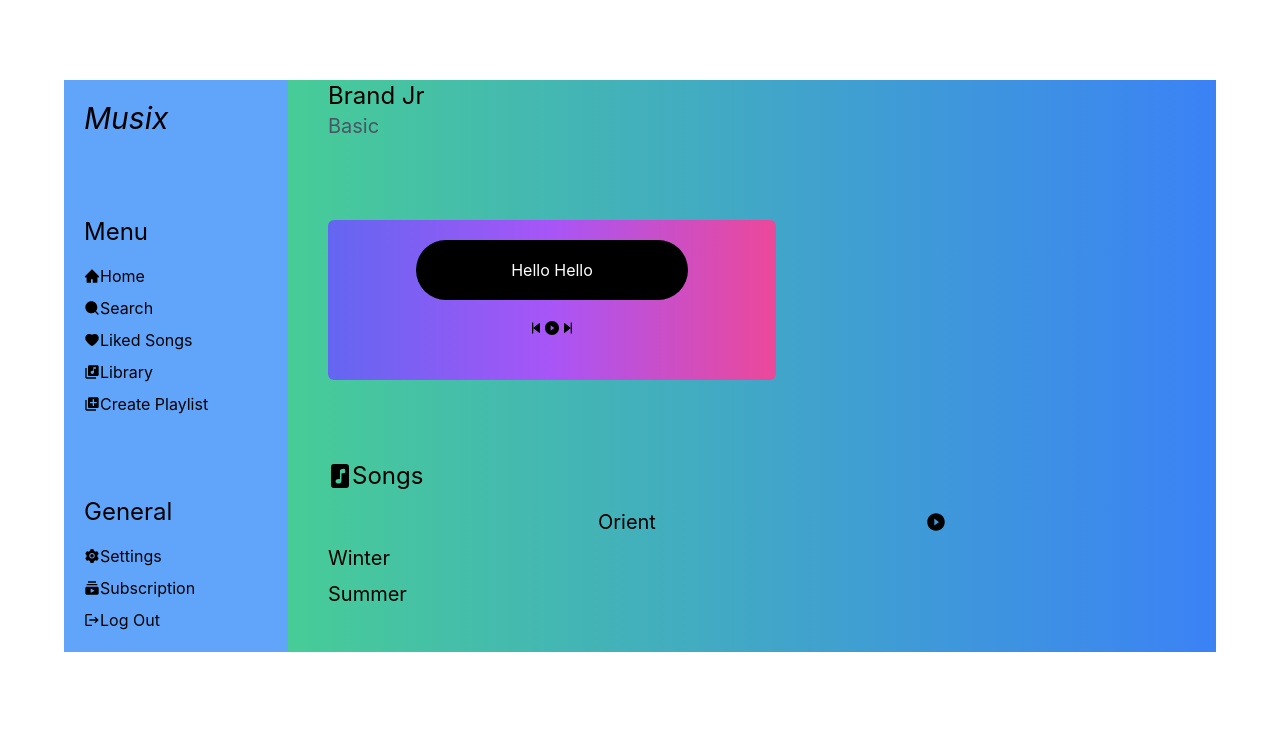
Repository: brandford7/music-player
Page: /
These files come from the project's save history. The page is drawn as it stood at one moment and after a run of saves; the edit follows.
The browser window is 1280 px wide. The pictures show the whole page.
The project was rebuilt for these pictures with package versions that can differ from the ones it lists, and the page was loaded fresh each time. The framework's server and built-in components were replaced by stand-ins that run in the browser. Also part of the build but not shown: next.config.js.

Above is the page before, as saved 2022-11-18 13:00:55.

### pages/index.js
import Head from "next/head";
import Image from "next/image";
import { MusicCard, Sidebar, SongList, UserAvatar } from "../components";

export default function Home() {
  return (
    <div className="flex mx-auto max-w-6xl my-20 space-x-10 bg-gradient-to-r from-green-400 to-blue-500">
      <Head>
        <title>Music Player</title>
        <meta name="description" content="Generated by create next app" />
        <link rel="icon" href="/favicon.ico" />
      </Head>
      <aside>
        <Sidebar />
      </aside>
      <main className="flex flex-col flex-1 space-y-20">
        <UserAvatar name="Brand Jr" subscription="Basic" />
        <MusicCard title="Hello Hello" />
        <SongList />
      </main>
    </div>
  );
}

### styles/globals.css
@tailwind base;
@tailwind components;
@tailwind utilities;



html,
body {
  padding: 0;
  margin: 0;
  font-family: -apple-system, BlinkMacSystemFont, Segoe UI, Roboto, Oxygen,
    Ubuntu, Cantarell, Fira Sans, Droid Sans, Helvetica Neue, sans-serif;
}

a {
  color: inherit;
  text-decoration: none;
}

* {
  box-sizing: border-box;
}

@media (prefers-color-scheme: dark) {
  html {
    color-scheme: dark;
  }
  body {
    color: white;
    background: black;
  }
}

### components/index.js
export { default as Sidebar } from './Sidebar';
export { default as UserAvatar } from './UserAvatar';
export { default as MusicCard } from './MusicCard';
export { default as MusicButton } from './MusicButton';
export { default as SongList } from './SongList';

### components/Sidebar.jsx
import React from "react";
import { AiFillHome, AiFillHeart, AiFillSetting } from "react-icons/ai";
import {
  MdLibraryMusic,
  MdLibraryAdd,
  MdLogout,
  MdSubscriptions,
} from "react-icons/md";
import { RiSearchFill } from "react-icons/ri";

const Sidebar = () => {
  return (
    <div className="flex flex-col space-y-20 bg-blue-400 p-5  w-56">
      <section>
        <h1 className="text-3xl italic">Musix</h1>
      </section>
      <section>
        <h2 className="mb-4 text-2xl">Menu</h2>
        <ul className="space-y-2">
          <li className="flex items-center ">
            <AiFillHome />
            Home
          </li>
          <li className="flex items-center ">
            <RiSearchFill />
            Search
          </li>
          <li className="flex items-center ">
            <AiFillHeart />
            Liked Songs
          </li>
          <li className="flex items-center ">
            <MdLibraryMusic />
            Library
          </li>
          <li className="flex items-center ">
            <MdLibraryAdd />
            Create Playlist
          </li>
        </ul>
      </section>
      <section>
        <h2 className="mb-4 text-2xl">General</h2>
        <ul className="space-y-2">
          <li className="flex items-center ">
            <AiFillSetting />
            Settings
          </li>
          <li className="flex items-center ">
            <MdSubscriptions />
            Subscription
          </li>
          <li className="flex items-center ">
            <MdLogout />
            Log Out
          </li>
        </ul>
      </section>
    </div>
  );
};

export default Sidebar;

### components/UserAvatar.jsx
import React from "react";

const UserAvatar = ({ image, name, subscription }) => {
  return (
    <div className="flex flex-col">
      <img src={image} alt="" />
      <h2 className="text-2xl">{name}</h2>
      <p className="text-gray-600 text-xl"> {subscription}</p>
    </div>
  );
};

export default UserAvatar;

### components/MusicCard.jsx
import React from "react";
import MusicButton from "./MusicButton";
import {
  AiFillPlayCircle,
  AiFillStepBackward,
  AiFillStepForward,
} from "react-icons/ai";

const MusicCard = ({ title }) => {
  return (
    <div className=" flex flex-col items-center space-y-5 p-5 max-w-md rounded-md h-40 w-4/5 bg-gradient-to-r from-indigo-500 via-purple-500 to-pink-500">
      <section className="flex items-center justify-center rounded-full h-2/4 w-2/3 bg-black text-white">
        {title}
      </section>
      <section className="flex items-center justify-center">
        <MusicButton icon={<AiFillStepBackward />} />
        <MusicButton icon={<AiFillPlayCircle />} />
        <MusicButton icon={<AiFillStepForward />} />
      </section>
    </div>
  );
};

export default MusicCard;

### components/MusicButton.jsx
import React from 'react'

const MusicButton = ({icon}) => {
  return (
      <div>{icon}</div>
  )
}

export default MusicButton

### components/SongList.jsx
import React from "react";
import { BsFillFileMusicFill } from "react-icons/bs";
import { AiFillPlayCircle } from "react-icons/ai";
import MusicButton from "./MusicButton";

const SongList = () => {
  return (
    <div>
      <h1 className="flex items-center space-x-5 text-2xl mb-4">
        <BsFillFileMusicFill />
        Songs
      </h1>
      <section>
        <ul className="flex flex-col text-xl space-y-2">
          <li className="flex items-center justify-evenly ">
            Orient <MusicButton icon={<AiFillPlayCircle />} />
          </li>
          <li className="flex items-center ">Winter</li>
          <li className="flex items-center  ">Summer</li>
        </ul>
      </section>
    </div>
  );
};

export default SongList;

Loaded but not shown: pages/_app.js (common file); tailwind.config.js (common file)

After the next 3 saves:
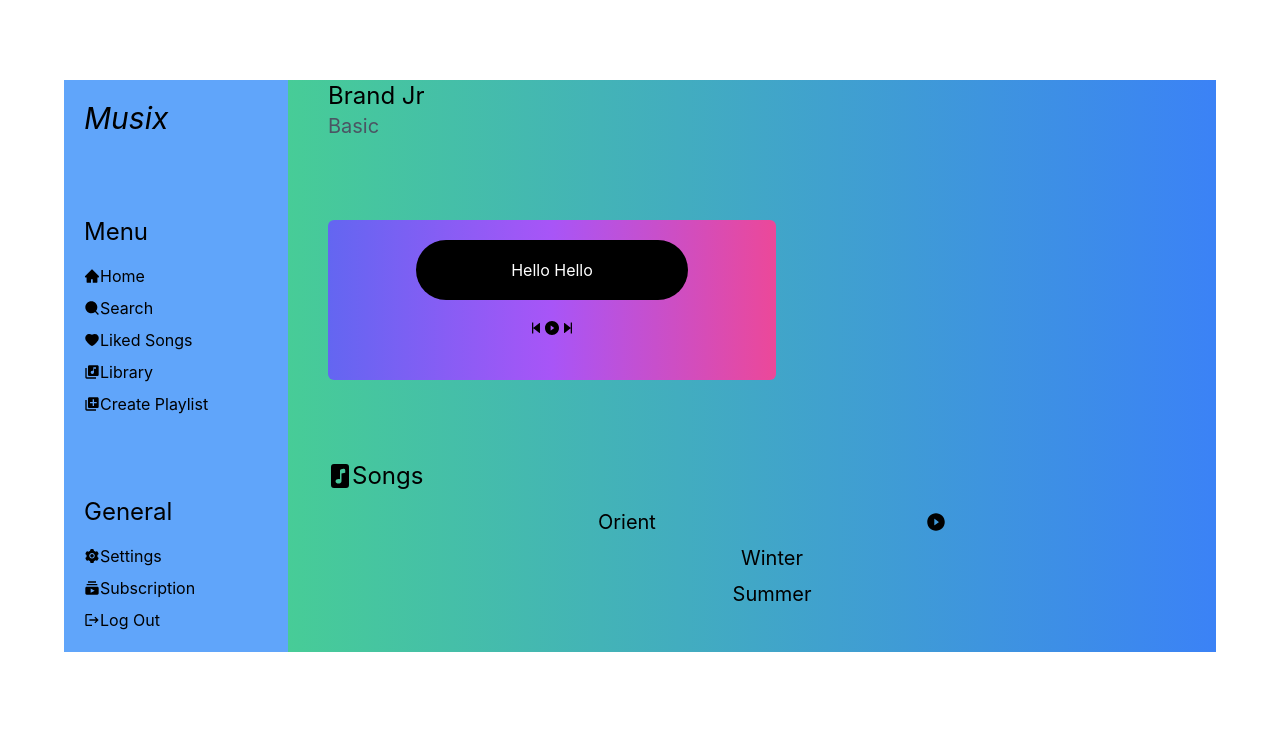
The 3 saves are shown as one change because they came seconds apart.
The last was saved 32 s later.
--- a/components/SongList.jsx
+++ b/components/SongList.jsx
@@ -15,8 +15,8 @@ const SongList = () => {
           <li className="flex items-center justify-evenly ">
             Orient <MusicButton icon={<AiFillPlayCircle />} />
           </li>
-          <li className="flex items-center ">Winter</li>
-          <li className="flex items-center  ">Summer</li>
+          <li className="flex items-center justify-evenly ">Winter</li>
+          <li className="flex items-center justify-evenly ">Summer</li>
         </ul>
       </section>
     </div>
